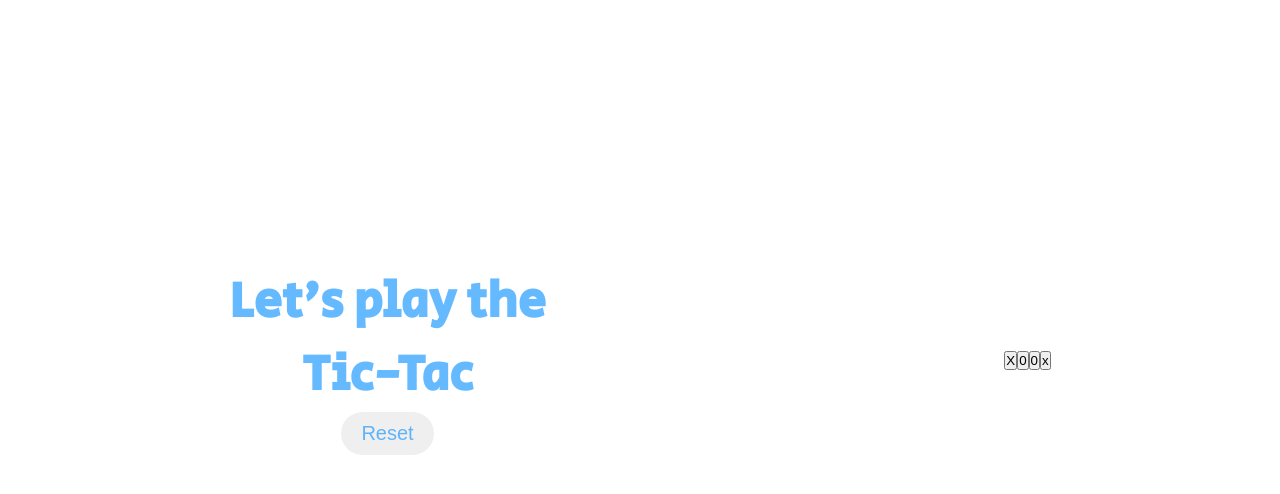
Repository: evergreenx/tic-tac
Page: /
The author's editor kept a copy of each file at every save. The page is drawn from the files as they stood at one save, then again after the next save.
The browser window is 1280 px wide. The pictures show the whole page.
The project was rebuilt for these pictures with package versions that can differ from the ones it lists, and the page was loaded fresh each time.

Above is the page before, as saved 2022-04-21 04:07:36.

After the next save:
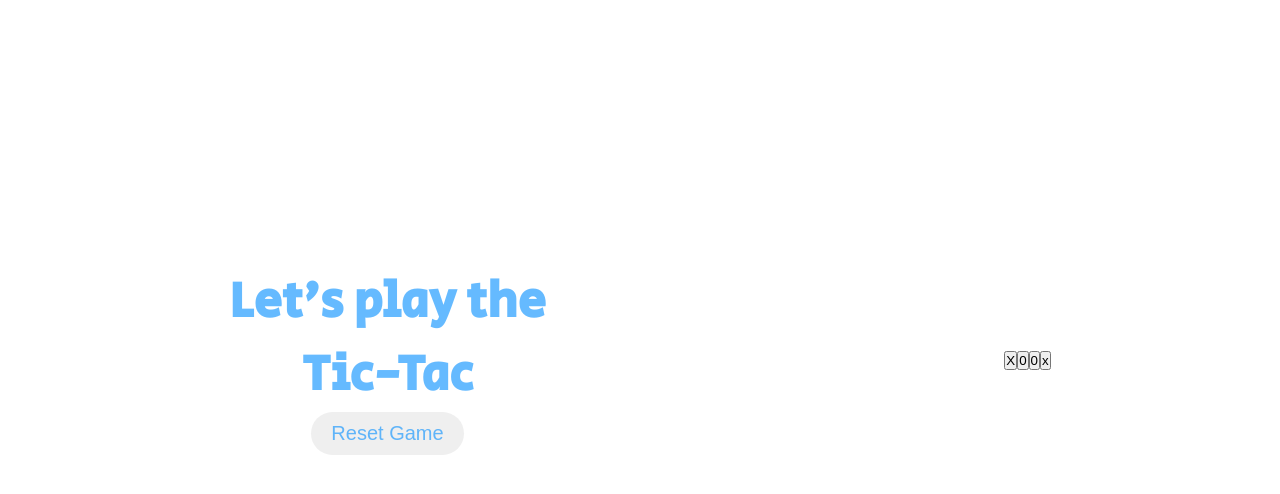
Saved 77 s later.
--- a/src/App.js
+++ b/src/App.js
@@ -9,7 +9,7 @@ function App() {
           Let's play the <br /> Tic-Tac
         </h1>
         <div class="reset--button">
-          <button class="reset--button--text">Reset</button>
+          <button class="reset--button--text">Reset Game</button>
         </div>
       </div>
 
